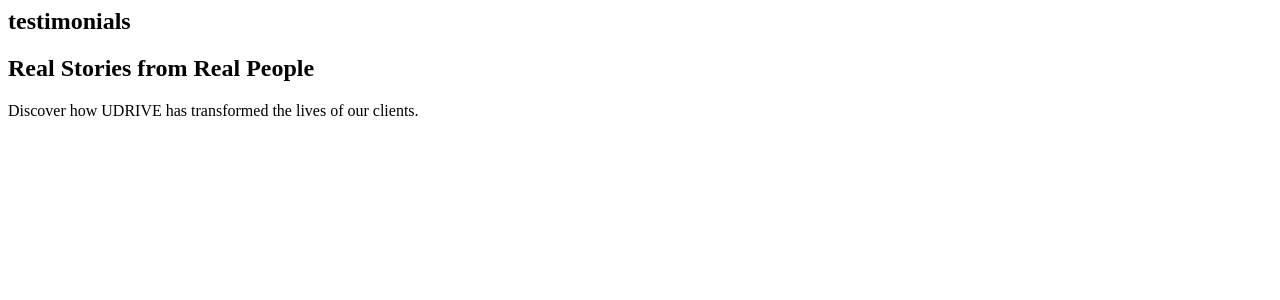
Repository: sanyathecreator/udrive-carsharing
Page: index.testimonials.partial.html
The author's editor kept a copy of each file at every save. The page is drawn from the files as they stood at one save, then again after the next save.
The browser window is 1280 px wide. The pictures show the whole page.

Above is the page before, as saved 2025-09-11 00:53:55.

### index.testimonials.partial.html
<section class="testimonials">
  <div class="testimonials__container container">
    <h1 class="testimonials__title">testimonials</h1>
    <h2 class="testimonials__subtitle">Real Stories from Real People</h2>
    <p class="testimonials__text">
      Discover how UDRIVE has transformed the lives of our clients.
    </p>
    <div class="testimonials__cards" id="testimonials-cards-container"></div>
  </div>
</section>

After the next save:
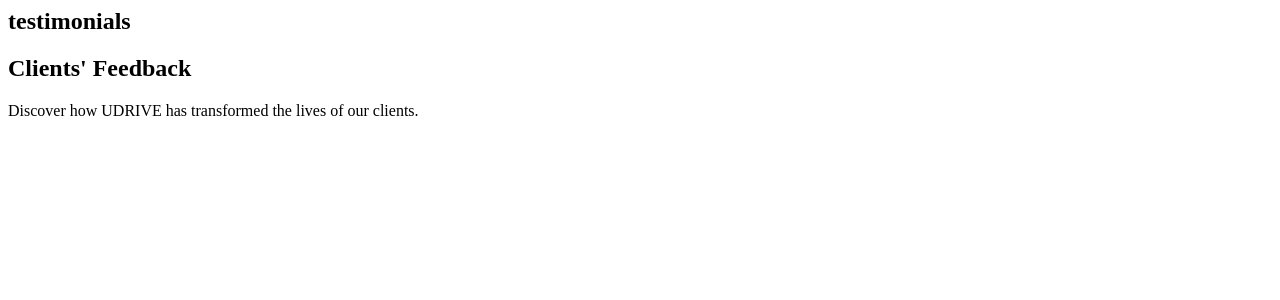
Saved 11 s later.
--- a/index.testimonials.partial.html
+++ b/index.testimonials.partial.html
@@ -1,7 +1,7 @@
 <section class="testimonials">
   <div class="testimonials__container container">
     <h1 class="testimonials__title">testimonials</h1>
-    <h2 class="testimonials__subtitle">Real Stories from Real People</h2>
+    <h2 class="testimonials__subtitle">Clients' Feedback</h2>
     <p class="testimonials__text">
       Discover how UDRIVE has transformed the lives of our clients.
     </p>
